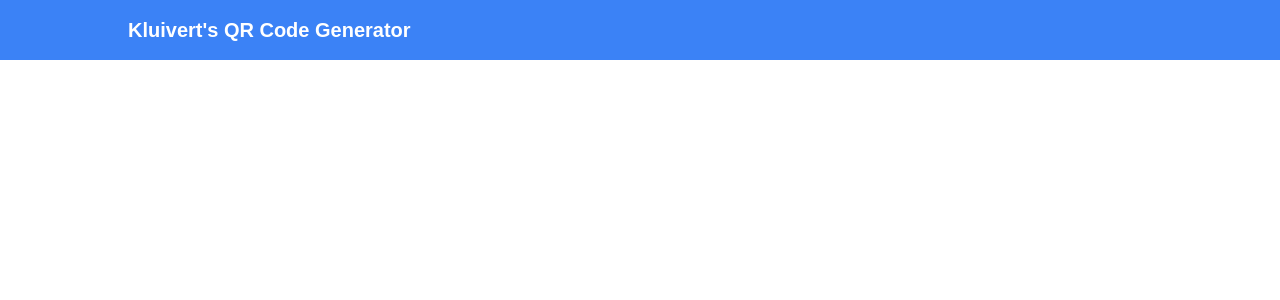
Repository: kluivert-ssali/QRcode-generator
Page: index.html
The author's editor kept a copy of each file at every save. The page is drawn from the files as they stood at one save, then again after the next save.
The browser window is 1280 px wide. The pictures show the whole page.
Some web libraries are served in a nearby version.

Above is the page before, as saved 2022-09-01 21:44:51.
Not found: js/script.js

### index.html
<!DOCTYPE html>
<html lang="en">
  <head>
    <meta charset="UTF-8" />
    <meta http-equiv="X-UA-Compatible" content="IE=edge" />
    <meta name="viewport" content="width=device-width, initial-scale=1.0" />
    <script src="js/script.js" defer></script>
    <script src="https://cdn.tailwindcss.com"></script>
    <script>
      tailwind.config = {
        theme: {
          extend: {
            fontFamily: {
              sans: ["Poppins", "sans-serif"],
            },
          },
        },
      };
    </script>
    <script
      src="https://cdnjs.cloudflare.com/ajax/libs/qrcodejs/1.0.0/qrcode.min.js"
      integrity="sha512-CNgIRecGo7nphbeZ04Sc13ka07paqdeTu0WR1IM4kNcpmBAUSHSQX0FslNhTDadL4O5SAGapGt4FodqL8My0mA=="
      crossorigin="anonymous"
      referrerpolicy="no-referrer"
    ></script>
    <title>QR code Generator</title>
  </head>
  <body>
    <header class="bg-blue-500 p-4 mb-10">
      <div class="max-w-5xl m-auto">
        <div class="text-xl font-bold text-white">
          Kluivert's QR Code Generator
        </div>
      </div>
    </header>
  </body>
</html>

After the next save:
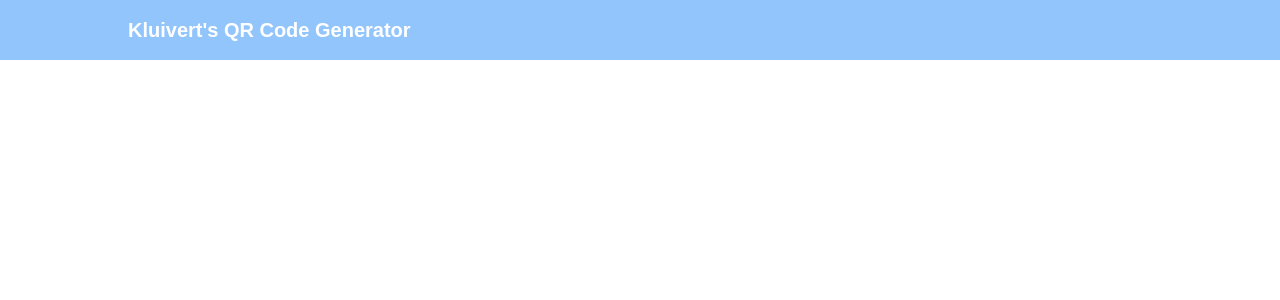
Saved 54 s later.
--- a/index.html
+++ b/index.html
@@ -26,7 +26,7 @@
     <title>QR code Generator</title>
   </head>
   <body>
-    <header class="bg-blue-500 p-4 mb-10">
+    <header class="bg-blue-300 p-4 mb-10">
       <div class="max-w-5xl m-auto">
         <div class="text-xl font-bold text-white">
           Kluivert's QR Code Generator
